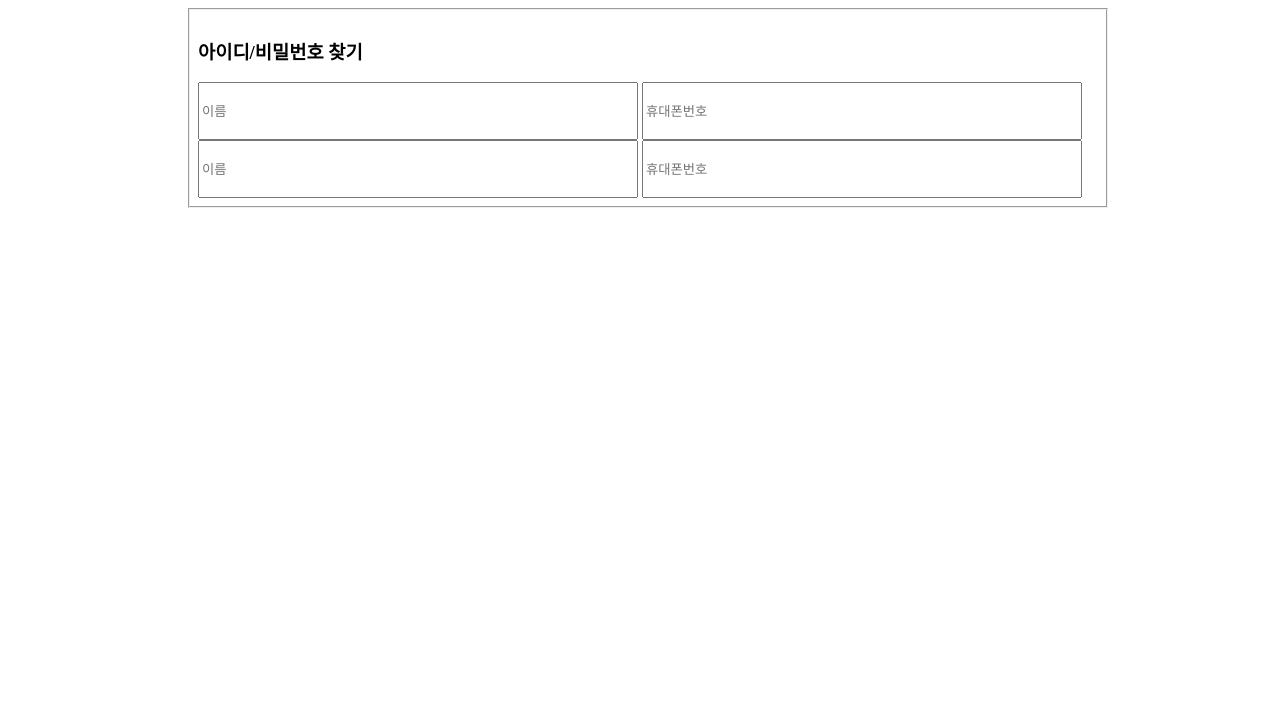
Repository: agheha/trillion
Page: YH/study_project/html/find.html
The author's editor kept a copy of each file at every save. The page is drawn from the files as they stood at one save, then again after the next save.
The browser window is 1280 px wide. The page is 1288 px wide, so the pictures cover 1288 px, including what lies to the right of the window. The pictures show the whole page.

Above is the page before, as saved 2019-09-04 18:06:09.

### YH/study_project/html/find.html
<!DOCTYPE html>
<html lang="en">
<head>
    <meta charset="UTF-8">
    <meta name="viewport" content="width=device-width, initial-scale=1.0">
    <meta http-equiv="X-UA-Compatible" content="ie=edge">
    <title>Document</title>
    <link rel="stylesheet" href="./../css/find.css">
</head>
<body>
    <div>
        <fieldset>
            <form action="">
                <h3>아이디/비밀번호 찾기</h3>
                    <div class="row"></div>
                    <span>
                        <input class="form_find"type="text" id="name" placeholder="이름">
                        <input class="form_find"type="text" id="pass" placeholder="휴대폰번호">
                    </span>
                    <span>
                        <input class="form_find"type="text" id="name" placeholder="이름">
                        <input class="form_find"type="text" id="pass" placeholder="휴대폰번호">
                    </span>

                    <span></span>
                    <div class="row"></div>
            </form>

            </form>
        </fieldset>
    </div>
</body>
</html>

### YH/study_project/css/find.css
html,body {
    width: 100%;
    height: 100%;
}
fieldset {
    width : 900px;
    margin : 0 auto;
    padding : 8px 8px;

}
.form_find {
    width : 48%;
    height: 52px;
}
span {
    padding-right: 15px
}

After the next save:
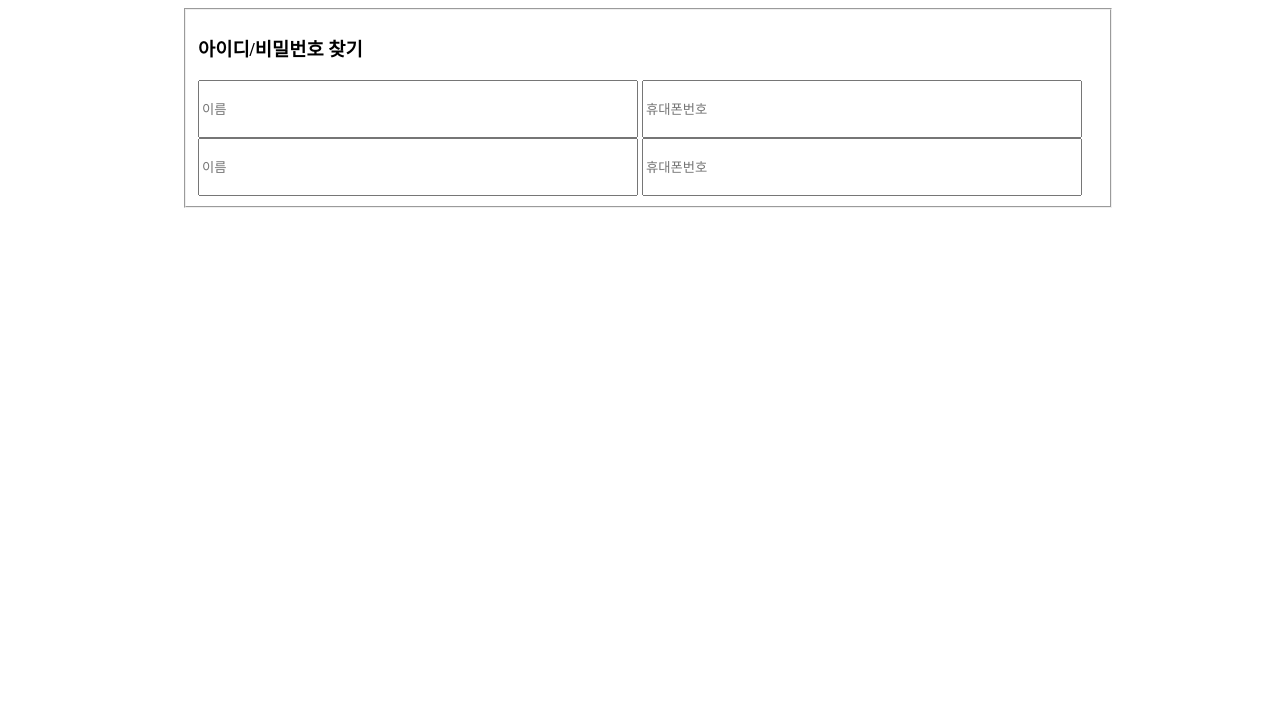
Saved 12 s later.
--- a/YH/study_project/css/find.css
+++ b/YH/study_project/css/find.css
@@ -5,7 +5,6 @@ html,body {
 fieldset {
     width : 900px;
     margin : 0 auto;
-    padding : 8px 8px;
 
 }
 .form_find {
